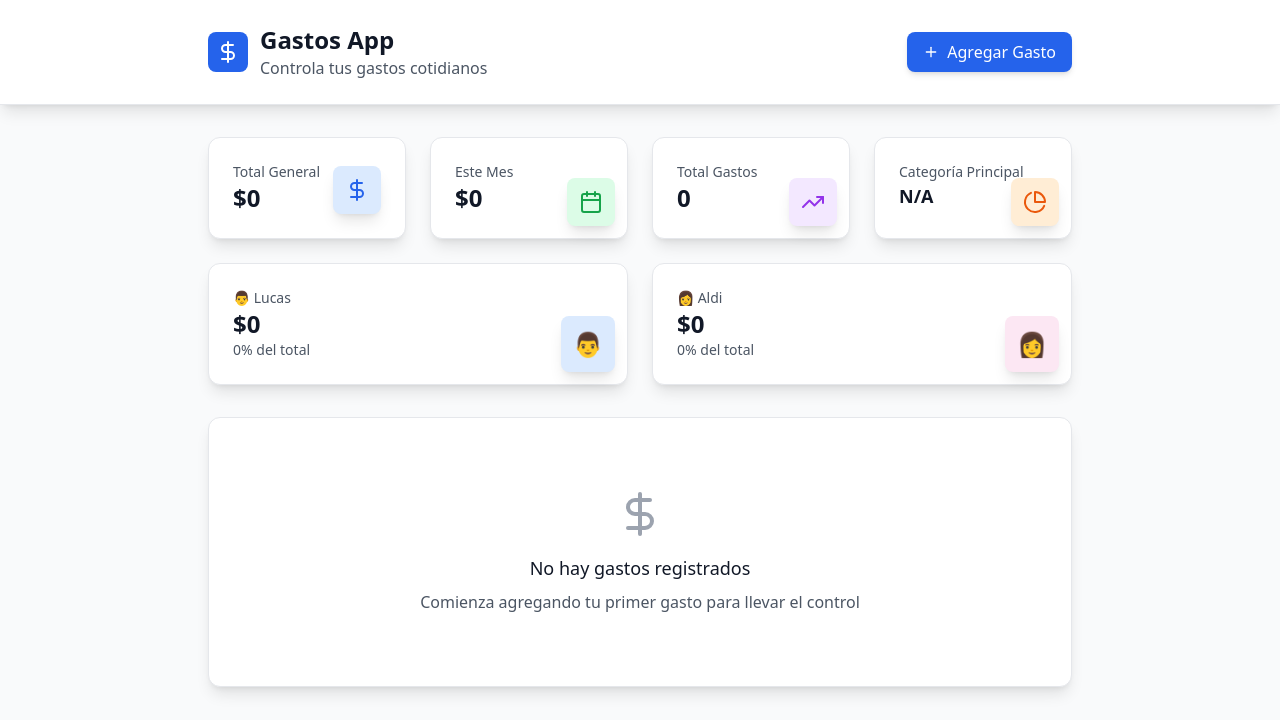
Repository: lucastenaglia/Gastosapp
Page: /
The author's editor kept a copy of each file at every save. The page is drawn from the files as they stood at one save, then again after the next save.
The browser window is 1280 px wide. The pictures show the whole page.
The page's requests for data from a server got no answer. The project was rebuilt for these pictures with package versions that can differ from the ones it lists, and the page was loaded fresh each time. No one was signed in, and anything a server would have sent is missing. Also part of the build but not shown: vite.config.js, src/components/ExpenseForm.jsx.

Above is the page before, as saved 2025-08-03 21:35:00.

### index.html
<!DOCTYPE html>
<html lang="es">
  <head>
    <meta charset="UTF-8" />
    <link rel="icon" type="image/svg+xml" href="data:[embedded picture, 125 characters]" />
    <meta name="viewport" content="width=device-width, initial-scale=1.0" />
    <title>Gastos App - Control de Gastos Cotidianos</title>
  </head>
  <body>
    <div id="root"></div>
    <script type="module" src="/src/main.jsx"></script>
  </body>
</html>

### src/App.jsx
import { useState, useEffect } from 'react'
import Header from './components/Header'
import ExpenseForm from './components/ExpenseForm'
import ExpenseList from './components/ExpenseList'
import ExpenseSummary from './components/ExpenseSummary'
import { getExpenses, addExpense, updateExpense, deleteExpense } from './services/expenseService'

function App() {
  const [expenses, setExpenses] = useState([])
  const [isFormOpen, setIsFormOpen] = useState(false)
  const [loading, setLoading] = useState(true)
  const [error, setError] = useState(null)

  // Cargar gastos al iniciar la aplicación
  useEffect(() => {
    loadExpenses()
  }, [])

  // Cerrar modal con Escape
  useEffect(() => {
    const handleEscape = (e) => {
      if (e.key === 'Escape' && isFormOpen) {
        setIsFormOpen(false)
      }
    }

    document.addEventListener('keydown', handleEscape)
    return () => document.removeEventListener('keydown', handleEscape)
  }, [isFormOpen])

  const loadExpenses = async () => {
    try {
      setLoading(true)
      const data = await getExpenses()
      setExpenses(data)
      setError(null)
    } catch (err) {
      setError('Error al cargar los gastos')
      console.error(err)
    } finally {
      setLoading(false)
    }
  }

  const handleAddExpense = async (expense) => {
    try {
      const newExpense = await addExpense(expense)
      setExpenses([newExpense, ...expenses])
      setIsFormOpen(false)
    } catch (err) {
      setError('Error al agregar el gasto')
      console.error(err)
    }
  }

  const handleDeleteExpense = async (id) => {
    try {
      await deleteExpense(id)
      setExpenses(expenses.filter(expense => expense.id !== id))
    } catch (err) {
      setError('Error al eliminar el gasto')
      console.error(err)
    }
  }

  const handleEditExpense = async (id, updatedExpense) => {
    try {
      const updated = await updateExpense(id, updatedExpense)
      setExpenses(expenses.map(expense =>
        expense.id === id ? updated : expense
      ))
    } catch (err) {
      setError('Error al actualizar el gasto')
      console.error(err)
    }
  }

  return (
    <div className="min-h-screen bg-gray-50">
      <Header onAddExpense={() => setIsFormOpen(true)} />

      <main className="container mx-auto px-4 py-8 max-w-4xl">
        {error && (
          <div className="bg-red-100 border border-red-400 text-red-700 px-4 py-3 rounded mb-6">
            {error}
          </div>
        )}

        <ExpenseSummary expenses={expenses} />

        <div className="mt-8">
          <ExpenseList
            expenses={expenses}
            onDelete={handleDeleteExpense}
            onEdit={handleEditExpense}
            loading={loading}
          />
        </div>
      </main>

      {/* Modal Overlay */}
      {isFormOpen && (
        <div
          className="fixed inset-0 bg-black bg-opacity-50 flex items-center justify-center z-50 p-4 animate-in fade-in duration-200"
          onClick={() => setIsFormOpen(false)}
        >
          <div
            className="bg-white rounded-xl shadow-2xl max-w-md w-full mx-4 max-h-[90vh] overflow-y-auto animate-in zoom-in-95 duration-200"
            onClick={(e) => e.stopPropagation()}
          >
            <ExpenseForm
              onSubmit={handleAddExpense}
              onCancel={() => setIsFormOpen(false)}
            />
          </div>
        </div>
      )}
    </div>
  )
}

export default App

### src/index.css
@tailwind base;
@tailwind components;
@tailwind utilities;

@layer base {
  body {
    @apply bg-gray-50 text-gray-900;
  }
}

@layer components {
                .btn-primary {
                @apply bg-primary-600 hover:bg-primary-700 text-white font-medium py-2 px-4 rounded-lg transition-all duration-300 shadow-md hover:shadow-lg hover:-translate-y-0.5 transform;
              }

              .btn-secondary {
                @apply bg-gray-200 hover:bg-gray-300 text-gray-800 font-medium py-2 px-4 rounded-lg transition-all duration-300 shadow-md hover:shadow-lg hover:-translate-y-0.5 transform;
              }

                .input-field {
                @apply w-full px-3 py-2 border border-gray-300 rounded-lg focus:outline-none focus:ring-2 focus:ring-primary-500 focus:border-transparent shadow-sm focus:shadow-md transition-all duration-300;
              }

                            .card {
                @apply bg-white rounded-xl shadow-lg border border-gray-200 p-6 transform transition-all duration-300 hover:shadow-2xl hover:-translate-y-1;
              }

              .modal-enter {
                @apply opacity-0 scale-95;
              }

              .modal-enter-active {
                @apply opacity-100 scale-100 transition-all duration-200 ease-out;
              }

              .modal-exit {
                @apply opacity-100 scale-100;
              }

              .modal-exit-active {
                @apply opacity-0 scale-95 transition-all duration-200 ease-in;
              }
}

### src/components/Header.jsx
import { Plus, DollarSign } from 'lucide-react'

const Header = ({ onAddExpense }) => {
  return (
                    <header className="bg-white shadow-lg border-b border-gray-200">
      <div className="container mx-auto px-4 py-6 max-w-4xl">
        <div className="flex items-center justify-between">
          <div className="flex items-center space-x-3">
            <div className="bg-primary-600 p-2 rounded-lg">
              <DollarSign className="h-6 w-6 text-white" />
            </div>
            <div>
              <h1 className="text-2xl font-bold text-gray-900">Gastos App</h1>
              <p className="text-gray-600">Controla tus gastos cotidianos</p>
            </div>
          </div>

          <button
            onClick={onAddExpense}
            className="btn-primary flex items-center space-x-2"
          >
            <Plus className="h-4 w-4" />
            <span>Agregar Gasto</span>
          </button>
        </div>
      </div>
    </header>
  )
}

export default Header

### src/components/ExpenseList.jsx
import { useState } from 'react'
import { Trash2, Edit, Calendar, DollarSign } from 'lucide-react'

const ExpenseList = ({ expenses, onDelete, onEdit, loading }) => {
  const [editingId, setEditingId] = useState(null)
  const [editForm, setEditForm] = useState({})

  const categoryIcons = {
    comida: '🍽️',
    super: '🛒',
    auto: '🚗',
    entretenimiento: '🎮',
    salud: '💊',
    ropa: '👕',
    hogar: '🏠',
    otros: '📦'
  }

  const categoryColors = {
    comida: 'bg-orange-100 text-orange-800',
    super: 'bg-red-100 text-red-800',
    auto: 'bg-blue-100 text-blue-800',
    entretenimiento: 'bg-purple-100 text-purple-800',
    salud: 'bg-green-100 text-green-800',
    ropa: 'bg-pink-100 text-pink-800',
    hogar: 'bg-yellow-100 text-yellow-800',
    otros: 'bg-gray-100 text-gray-800'
  }

  const handleEdit = (expense) => {
    setEditingId(expense.id)
    setEditForm({
      description: expense.description,
      amount: expense.amount.toString(),
      category: expense.category,
      person: expense.person || 'lucas',
      date: expense.date
    })
  }

  const handleSaveEdit = (id) => {
    onEdit(id, {
      ...editForm,
      amount: parseFloat(editForm.amount)
    })
    setEditingId(null)
    setEditForm({})
  }

  const handleCancelEdit = () => {
    setEditingId(null)
    setEditForm({})
  }

  const formatDate = (dateString) => {
    const date = new Date(dateString)
    return date.toLocaleDateString('es-ES', {
      year: 'numeric',
      month: 'short',
      day: 'numeric'
    })
  }

  if (loading) {
    return (
      <div className="card">
        <div className="text-center py-12">
          <div className="animate-spin rounded-full h-12 w-12 border-b-2 border-primary-600 mx-auto mb-4"></div>
          <h3 className="text-lg font-medium text-gray-900 mb-2">
            Cargando gastos...
          </h3>
          <p className="text-gray-600">
            Conectando con la base de datos
          </p>
        </div>
      </div>
    )
  }

  if (expenses.length === 0) {
    return (
      <div className="card">
        <div className="text-center py-12">
          <DollarSign className="h-12 w-12 text-gray-400 mx-auto mb-4" />
          <h3 className="text-lg font-medium text-gray-900 mb-2">
            No hay gastos registrados
          </h3>
          <p className="text-gray-600">
            Comienza agregando tu primer gasto para llevar el control
          </p>
        </div>
      </div>
    )
  }

  return (
    <div className="card">
      <h2 className="text-xl font-semibold text-gray-900 mb-6">
        Historial de Gastos
      </h2>

      <div className="space-y-3">
        {expenses.map(expense => (
          <div key={expense.id} className="border border-gray-200 rounded-lg p-3 sm:p-4 bg-white shadow-md hover:shadow-xl hover:-translate-y-1 transform transition-all duration-300">
            {editingId === expense.id ? (
              <div className="space-y-3">
                <input
                  type="text"
                  value={editForm.description}
                  onChange={(e) => setEditForm({...editForm, description: e.target.value})}
                  className="input-field"
                />
                <div className="grid grid-cols-1 sm:grid-cols-2 gap-3">
                  <input
                    type="number"
                    value={editForm.amount}
                    onChange={(e) => setEditForm({...editForm, amount: e.target.value})}
                    className="input-field"
                    step="1"
                    min="0"
                  />
                  <select
                    value={editForm.category}
                    onChange={(e) => setEditForm({...editForm, category: e.target.value})}
                    className="input-field"
                  >
                    <option value="comida">🍽️ Comida</option>
                    <option value="super">🛒 Super</option>
                    <option value="auto">🚗 Auto</option>
                    <option value="entretenimiento">🎮 Entretenimiento</option>
                    <option value="salud">💊 Salud</option>
                    <option value="ropa">👕 Ropa</option>
                    <option value="hogar">🏠 Hogar</option>
                    <option value="otros">📦 Otros</option>
                  </select>
                </div>
                <div className="grid grid-cols-1 sm:grid-cols-2 gap-3">
                  <select
                    value={editForm.person}
                    onChange={(e) => setEditForm({...editForm, person: e.target.value})}
                    className="input-field"
                  >
                    <option value="lucas">👨 Lucas</option>
                    <option value="aldi">👩 Aldi</option>
                  </select>
                  <input
                    type="date"
                    value={editForm.date}
                    onChange={(e) => setEditForm({...editForm, date: e.target.value})}
                    className="input-field"
                  />
                </div>
                <div className="flex space-x-2">
                  <button
                    onClick={() => handleSaveEdit(expense.id)}
                    className="btn-primary text-sm flex-1"
                  >
                    Guardar
                  </button>
                  <button
                    onClick={handleCancelEdit}
                    className="btn-secondary text-sm flex-1"
                  >
                    Cancelar
                  </button>
                </div>
              </div>
            ) : (
              <div className="space-y-3">
                {/* Header con icono, descripción y monto */}
                <div className="flex items-start justify-between">
                  <div className="flex items-center space-x-3 flex-1 min-w-0">
                    <div className={`p-2 rounded-lg flex-shrink-0 ${categoryColors[expense.category]}`}>
                      <span className="text-lg">{categoryIcons[expense.category]}</span>
                    </div>

                    <div className="flex-1 min-w-0">
                      <h3 className="font-medium text-gray-900 truncate">
                        {expense.description}
                      </h3>
                      <div className="flex items-center space-x-2 text-sm text-gray-600 mt-1">
                        <span className="flex items-center space-x-1">
                          <Calendar className="h-3 w-3" />
                          <span className="hidden sm:inline">{formatDate(expense.date)}</span>
                          <span className="sm:hidden">{new Date(expense.date).toLocaleDateString('es-ES', { day: '2-digit', month: '2-digit' })}</span>
                        </span>
                        <span className="hidden sm:inline">•</span>
                        <span className="capitalize text-xs sm:text-sm">{expense.category}</span>
                      </div>
                    </div>
                  </div>

                  <div className="flex items-center space-x-2 flex-shrink-0">
                    <span className="text-lg font-semibold text-gray-900">
                      ${expense.amount}
                    </span>

                    <div className="flex space-x-1">
                      <button
                        onClick={() => handleEdit(expense)}
                        className="p-1 text-gray-400 hover:text-blue-600 transition-colors"
                        title="Editar"
                      >
                        <Edit className="h-4 w-4" />
                      </button>
                      <button
                        onClick={() => onDelete(expense.id)}
                        className="p-1 text-gray-400 hover:text-red-600 transition-colors"
                        title="Eliminar"
                      >
                        <Trash2 className="h-4 w-4" />
                      </button>
                    </div>
                  </div>
                </div>

                {/* Información adicional en móvil */}
                <div className="sm:hidden flex items-center justify-between text-sm text-gray-600 border-t pt-2">
                  <span className="flex items-center space-x-1">
                    <span>{expense.person === 'lucas' ? '👨' : '👩'}</span>
                    <span className="capitalize">{expense.person || 'lucas'}</span>
                  </span>
                  <span className="text-xs">
                    {new Date(expense.date).toLocaleDateString('es-ES', { year: 'numeric' })}
                  </span>
                </div>
              </div>
            )}
          </div>
        ))}
      </div>
    </div>
  )
}

export default ExpenseList

### src/components/ExpenseSummary.jsx
import { TrendingUp, Calendar, DollarSign, PieChart } from 'lucide-react'

const ExpenseSummary = ({ expenses }) => {
  const totalExpenses = expenses.reduce((sum, expense) => sum + expense.amount, 0)

  const today = new Date()
  const thisMonth = today.getMonth()
  const thisYear = today.getFullYear()

  const monthlyExpenses = expenses.filter(expense => {
    const expenseDate = new Date(expense.date)
    return expenseDate.getMonth() === thisMonth && expenseDate.getFullYear() === thisYear
  })

  const monthlyTotal = monthlyExpenses.reduce((sum, expense) => sum + expense.amount, 0)

  const categoryTotals = expenses.reduce((acc, expense) => {
    acc[expense.category] = (acc[expense.category] || 0) + expense.amount
    return acc
  }, {})

  const topCategory = Object.entries(categoryTotals).sort(([,a], [,b]) => b - a)[0]

  // Estadísticas por persona
  const personTotals = expenses.reduce((acc, expense) => {
    const person = expense.person || 'lucas'
    acc[person] = (acc[person] || 0) + expense.amount
    return acc
  }, {})

  const lucasTotal = personTotals.lucas || 0
  const aldiTotal = personTotals.aldi || 0

  const formatCurrency = (amount) => {
    return `$${Math.round(amount).toLocaleString('en-US')}`
  }

  return (
    <div className="space-y-4 sm:space-y-6">
      {/* Primera fila - Estadísticas generales */}
      <div className="grid grid-cols-2 lg:grid-cols-4 gap-3 sm:gap-6">
                 {/* Total General */}
         <div className="card relative p-4 sm:p-6">
           <div className="flex items-end justify-between">
             <div>
               <p className="text-xs sm:text-sm font-medium text-gray-600">Total General</p>
               <p className="text-lg sm:text-2xl font-bold text-gray-900">
                 {formatCurrency(totalExpenses)}
               </p>
             </div>
             <div className="bg-blue-100 p-2 sm:p-3 rounded-lg shadow-lg">
               <DollarSign className="h-4 w-4 sm:h-6 sm:w-6 text-blue-600" />
             </div>
           </div>
         </div>

                 {/* Gastos del Mes */}
         <div className="card relative p-4 sm:p-6">
           <div>
             <p className="text-xs sm:text-sm font-medium text-gray-600">Este Mes</p>
             <p className="text-lg sm:text-2xl font-bold text-gray-900">
               {formatCurrency(monthlyTotal)}
             </p>
           </div>
           <div className="absolute bottom-2 right-2 sm:bottom-3 sm:right-3 bg-green-100 p-2 sm:p-3 rounded-lg shadow-lg">
             <Calendar className="h-4 w-4 sm:h-6 sm:w-6 text-green-600" />
           </div>
         </div>

                 {/* Total de Gastos */}
         <div className="card relative p-4 sm:p-6">
           <div>
             <p className="text-xs sm:text-sm font-medium text-gray-600">Total Gastos</p>
             <p className="text-lg sm:text-2xl font-bold text-gray-900">
               {expenses.length}
             </p>
           </div>
           <div className="absolute bottom-2 right-2 sm:bottom-3 sm:right-3 bg-purple-100 p-2 sm:p-3 rounded-lg shadow-lg">
             <TrendingUp className="h-4 w-4 sm:h-6 sm:w-6 text-purple-600" />
           </div>
         </div>

                 {/* Categoría Principal */}
         <div className="card relative p-4 sm:p-6">
           <div>
             <p className="text-xs sm:text-sm font-medium text-gray-600">Categoría Principal</p>
             <p className="text-base sm:text-lg font-semibold text-gray-900 capitalize">
               {topCategory ? topCategory[0] : 'N/A'}
             </p>
             {topCategory && (
               <p className="text-xs sm:text-sm text-gray-600">
                 {formatCurrency(topCategory[1])}
               </p>
             )}
           </div>
           <div className="absolute bottom-2 right-2 sm:bottom-3 sm:right-3 bg-orange-100 p-2 sm:p-3 rounded-lg shadow-lg">
             <PieChart className="h-4 w-4 sm:h-6 sm:w-6 text-orange-600" />
           </div>
         </div>
      </div>

      {/* Segunda fila - Estadísticas por persona */}
      <div className="grid grid-cols-1 sm:grid-cols-2 gap-3 sm:gap-6">
                 {/* Gastos de Lucas */}
         <div className="card relative p-4 sm:p-6">
           <div>
             <p className="text-xs sm:text-sm font-medium text-gray-600">👨 Lucas</p>
             <p className="text-lg sm:text-2xl font-bold text-gray-900">
               {formatCurrency(lucasTotal)}
             </p>
             <p className="text-xs sm:text-sm text-gray-600">
               {totalExpenses > 0 ? `${((lucasTotal / totalExpenses) * 100).toFixed(1)}%` : '0%'} del total
             </p>
           </div>
           <div className="absolute bottom-2 right-2 sm:bottom-3 sm:right-3 bg-blue-100 p-2 sm:p-3 rounded-lg shadow-lg">
             <span className="text-lg sm:text-2xl">👨</span>
           </div>
         </div>

                 {/* Gastos de Aldi */}
         <div className="card relative p-4 sm:p-6">
           <div>
             <p className="text-xs sm:text-sm font-medium text-gray-600">👩 Aldi</p>
             <p className="text-lg sm:text-2xl font-bold text-gray-900">
               {formatCurrency(aldiTotal)}
             </p>
             <p className="text-xs sm:text-sm text-gray-600">
               {totalExpenses > 0 ? `${((aldiTotal / totalExpenses) * 100).toFixed(1)}%` : '0%'} del total
             </p>
           </div>
           <div className="absolute bottom-2 right-2 sm:bottom-3 sm:right-3 bg-pink-100 p-2 sm:p-3 rounded-lg shadow-lg">
             <span className="text-lg sm:text-2xl">👩</span>
           </div>
         </div>
      </div>
    </div>
  )
}

export default ExpenseSummary

### src/services/expenseService.js
import { supabase } from '../lib/supabase'

// Obtener todos los gastos
export const getExpenses = async () => {
  try {
    const { data, error } = await supabase
      .from('expenses')
      .select('*')
      .order('created_at', { ascending: false })

    if (error) throw error
    return data || []
  } catch (error) {
    console.error('Error al obtener gastos:', error)
    return []
  }
}

// Agregar un nuevo gasto
export const addExpense = async (expense) => {
  try {
    const { data, error } = await supabase
      .from('expenses')
      .insert([{
        description: expense.description,
        amount: expense.amount,
        category: expense.category,
        person: expense.person,
        date: expense.date
      }])
      .select()

    if (error) throw error
    return data[0]
  } catch (error) {
    console.error('Error al agregar gasto:', error)
    throw error
  }
}

// Actualizar un gasto
export const updateExpense = async (id, expense) => {
  try {
    const { data, error } = await supabase
      .from('expenses')
      .update({
        description: expense.description,
        amount: expense.amount,
        category: expense.category,
        person: expense.person,
        date: expense.date
      })
      .eq('id', id)
      .select()

    if (error) throw error
    return data[0]
  } catch (error) {
    console.error('Error al actualizar gasto:', error)
    throw error
  }
}

// Eliminar un gasto
export const deleteExpense = async (id) => {
  try {
    const { error } = await supabase
      .from('expenses')
      .delete()
      .eq('id', id)

    if (error) throw error
    return true
  } catch (error) {
    console.error('Error al eliminar gasto:', error)
    throw error
  }
}

### src/lib/supabase.js
import { createClient } from '@supabase/supabase-js'

// Configuración de Supabase
const supabaseUrl = 'https://tiarifmkqcayodakifqu.supabase.co'
const supabaseAnonKey = 'eyJhbGciOiJIUzI1NiIsInR5cCI6IkpXVCJ9.eyJpc3MiOiJzdXBhYmFzZSIsInJlZiI6InRpYXJpZm1rcWNheW9kYWtpZnF1Iiwicm9sZSI6ImFub24iLCJpYXQiOjE3NTQyMzYxMzcsImV4cCI6MjA2OTgxMjEzN30.qJr6Xvo0UF5_XPq4UWidASjwgjcWPFJ8CqR6mAHSsTU'

export const supabase = createClient(supabaseUrl, supabaseAnonKey)

### tailwind.config.js
/** @type {import('tailwindcss').Config} */
export default {
  content: [
    "./index.html",
    "./src/**/*.{js,ts,jsx,tsx}",
  ],
  theme: {
    extend: {
      colors: {
        primary: {
          50: '#eff6ff',
          500: '#3b82f6',
          600: '#2563eb',
          700: '#1d4ed8',
        }
      }
    },
  },
  plugins: [],
}

Loaded but not shown: src/main.jsx (common file)

After the next save:
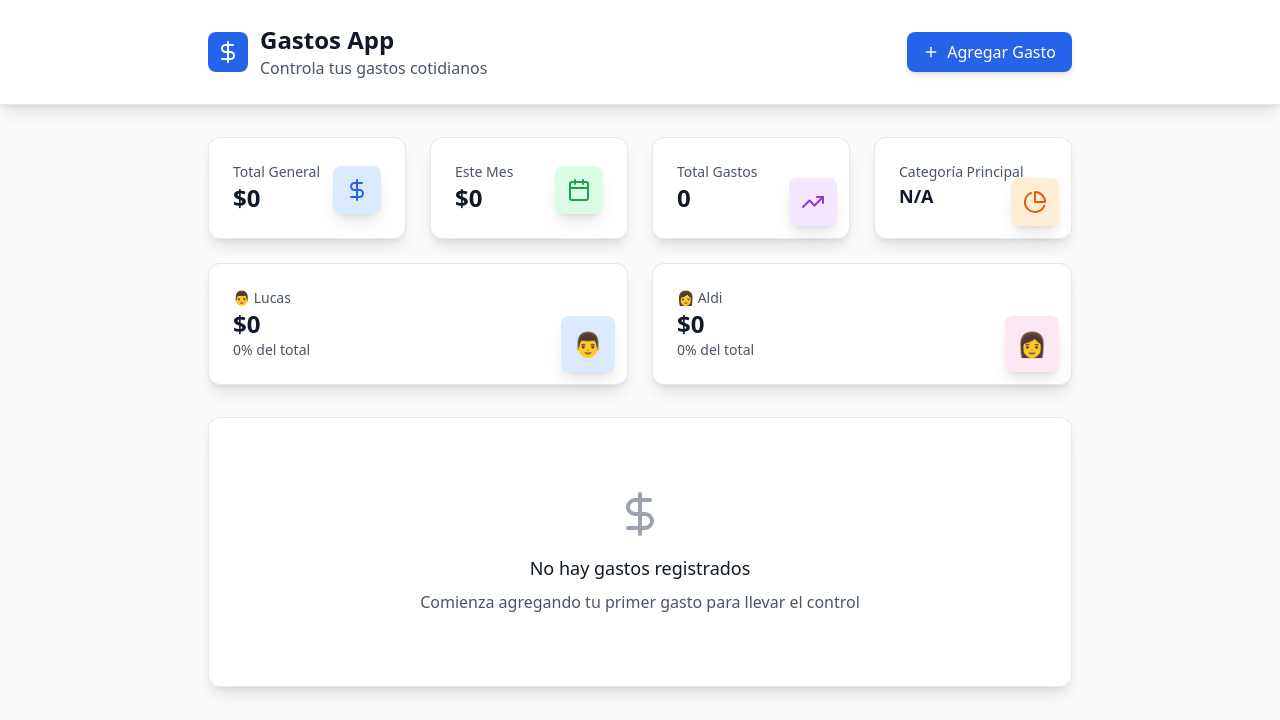
Saved 10 s later.
--- a/src/components/ExpenseSummary.jsx
+++ b/src/components/ExpenseSummary.jsx
@@ -56,14 +56,16 @@ const ExpenseSummary = ({ expenses }) => {
 
                  {/* Gastos del Mes */}
          <div className="card relative p-4 sm:p-6">
-           <div>
-             <p className="text-xs sm:text-sm font-medium text-gray-600">Este Mes</p>
-             <p className="text-lg sm:text-2xl font-bold text-gray-900">
-               {formatCurrency(monthlyTotal)}
-             </p>
-           </div>
-           <div className="absolute bottom-2 right-2 sm:bottom-3 sm:right-3 bg-green-100 p-2 sm:p-3 rounded-lg shadow-lg">
-             <Calendar className="h-4 w-4 sm:h-6 sm:w-6 text-green-600" />
+           <div className="flex items-end justify-between">
+             <div>
+               <p className="text-xs sm:text-sm font-medium text-gray-600">Este Mes</p>
+               <p className="text-lg sm:text-2xl font-bold text-gray-900">
+                 {formatCurrency(monthlyTotal)}
+               </p>
+             </div>
+             <div className="bg-green-100 p-2 sm:p-3 rounded-lg shadow-lg">
+               <Calendar className="h-4 w-4 sm:h-6 sm:w-6 text-green-600" />
+             </div>
            </div>
          </div>
 
